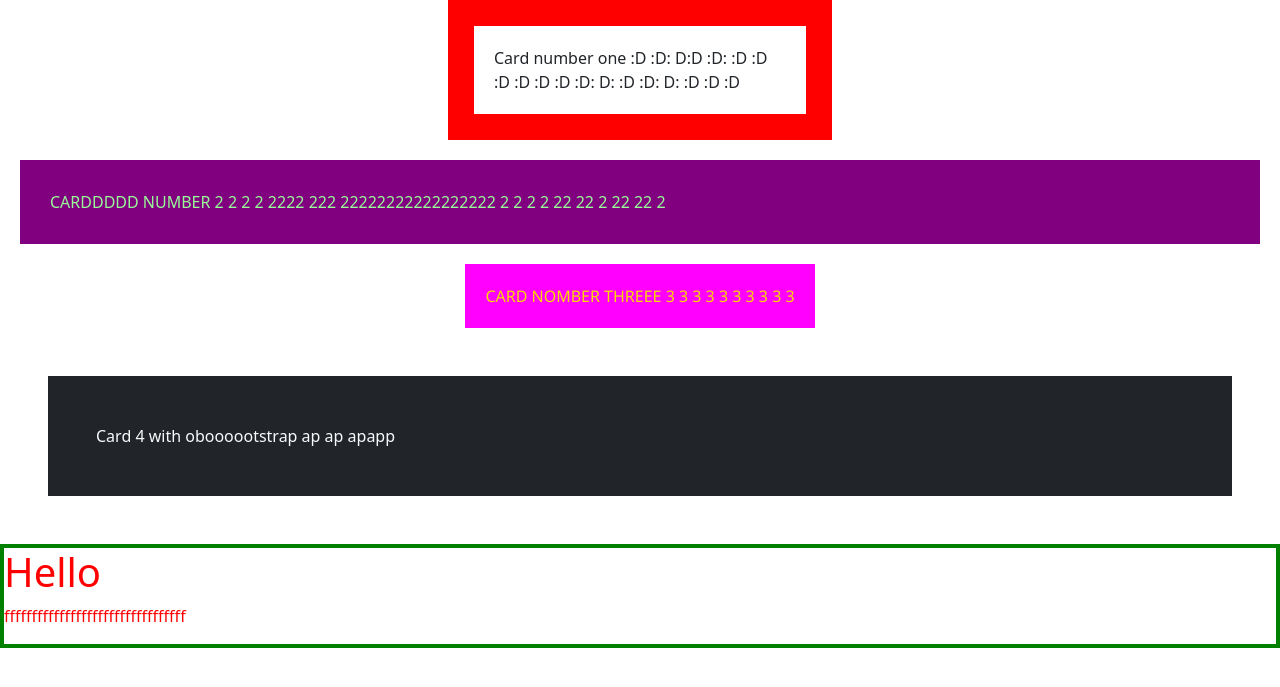
Repository: FbW-E01/spa-react-stylish-cards-gronger
Page: / (app in react-stuff/)
The author's editor kept a copy of each file at every save. The page is drawn from the files as they stood at one save, then again after the next save.
The browser window is 1280 px wide. The pictures show the whole page.
The project was rebuilt for these pictures with package versions that can differ from the ones it lists, and the page was loaded fresh each time.

Above is the page before, as saved 2021-07-14 14:08:43.

After the next save:
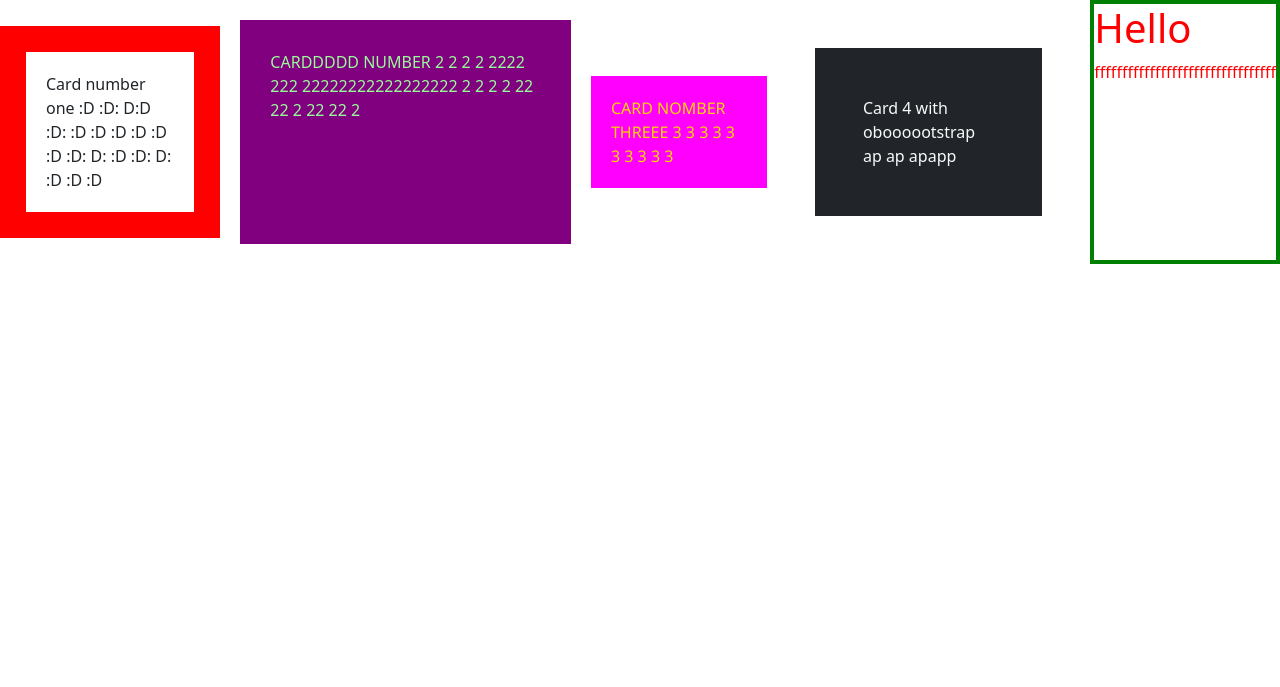
Saved 8 s later.
--- a/react-stuff/src/main.scss
+++ b/react-stuff/src/main.scss
@@ -1,5 +1,5 @@
 .wrapper {
-    display: grid;
+    display: flex;
     .class-3 {
         background-color: fuchsia;
         color: gold;
